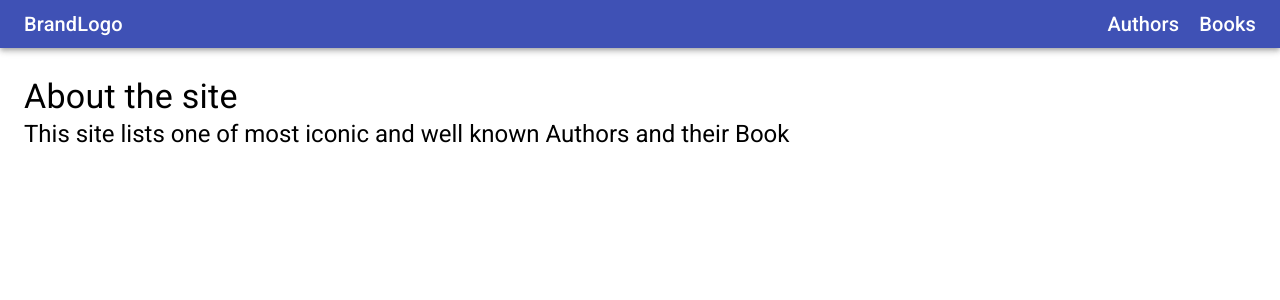
Repository: Sociophuck/00007494
Page: / (app in front/)
An editor plug-in stored every save of this project. The page is shown before and after the next save, followed by the edit.
The browser window is 1280 px wide. The pictures show the whole page.
The project was rebuilt for these pictures with package versions that can differ from the ones it lists, and the page was loaded fresh each time. Also part of the build but not shown: front/src/Author.js, front/src/Book.js, front/src/AuthorDetails.js.

Above is the page before, as saved 2021-04-04 15:38:32.

### front/src/index.css
body {
  margin: 0;
}

.header-links {
  display: flex;
}
.header-links > a {
  margin-left: 20px;
  text-decoration: none;
  color: white;
}
.header-links > a:hover {
  color: lightblue;
}

.link {
  text-decoration: none;
  color: white;
}

a {
  text-decoration: none;
}

.divide {
  margin: 10px 0;
}

### front/src/App.js
import Author from "./Author";
import "./App.css";
import { BrowserRouter as Router, Route, Switch } from "react-router-dom";
import Book from "./Book";
import Home from "./Home";
import NavBar from "./NavBar";
import AuthorDetails from "./AuthorDetails";

function App() {
  return (
    <Router>
      <div className="App">
        <NavBar />
        <div className="mainBody">
          <Switch>
            <Route exact path="/">
              <Home />
            </Route>
            <Route exact path="/authors">
              <Author />
            </Route>
            <Route path="/authors/:id">
              <AuthorDetails />
            </Route>
            <Route path="/books">
              <Book />
            </Route>
          </Switch>
        </div>
      </div>
    </Router>
  );
}

export default App;

### front/src/App.css
.mainBody {
  padding-top: 28px;
}

### front/src/Home.js
import { Container, Typography } from "@material-ui/core";

function Home() {
  return (
    <Container>
      <Typography variant="h4">About the site</Typography>
      <Typography variant="h5">
        This site lists one of most iconic and well known Authors and their Book
      </Typography>
    </Container>
  );
}

export default Home;

### front/src/NavBar.js
import { Link } from "react-router-dom";
import React from "react";
import { makeStyles } from "@material-ui/core/styles";
import AppBar from "@material-ui/core/AppBar";
import Toolbar from "@material-ui/core/Toolbar";
import Typography from "@material-ui/core/Typography";

const useStyles = makeStyles((theme) => ({
  root: {
    flexGrow: 1,
    color: "",
  },
  logo: {
    flexGrow: 1,
  },
}));

function NavBar() {
  const classes = useStyles();

  return (
    <div className={classes.root}>
      <AppBar position="static">
        <Toolbar variant="dense">
          <Typography className={classes.logo} variant="h6">
            <Link to="/" className="link">
              BrandLogo
            </Link>
          </Typography>

          <div className="header-links">
            <Link to="/authors">
              <Typography variant="h6" color="inherit">
                Authors
              </Typography>
            </Link>
            <Link to="/books">
              <Typography variant="h6" color="inherit">
                Books
              </Typography>
            </Link>
          </div>
        </Toolbar>
      </AppBar>
    </div>
  );
}

export default NavBar;

Loaded but not shown: front/public/index.html (common file); front/src/index.js (common file)

After the next save:
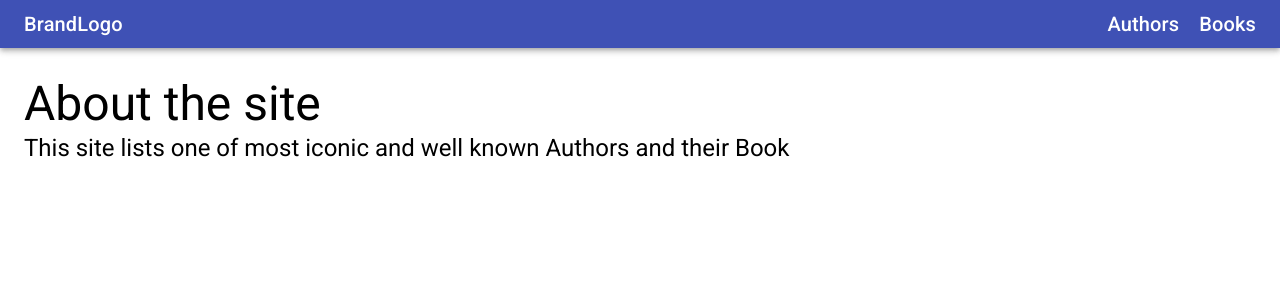
Saved 5 s later.
--- a/front/src/Home.js
+++ b/front/src/Home.js
@@ -3,7 +3,7 @@
 function Home() {
   return (
     <Container>
-      <Typography variant="h4">About the site</Typography>
+      <Typography variant="h3">About the site</Typography>
       <Typography variant="h5">
         This site lists one of most iconic and well known Authors and their Book
       </Typography>

After the save that followed:
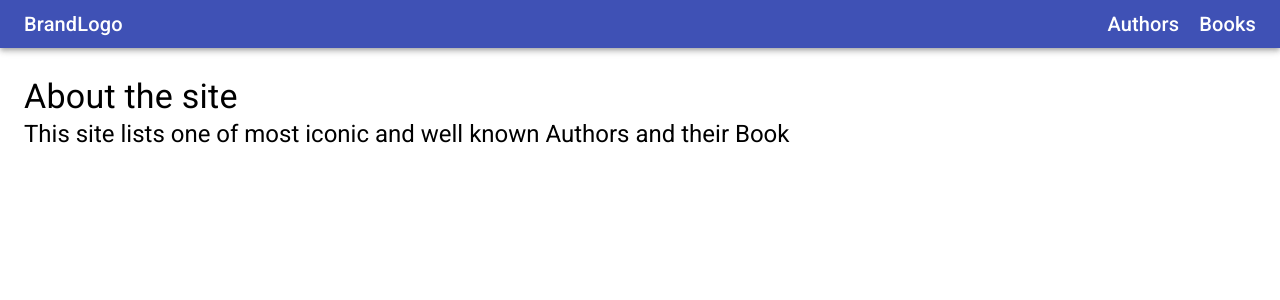
Saved 5 s later.
--- a/front/src/Home.js
+++ b/front/src/Home.js
@@ -3,7 +3,7 @@
 function Home() {
   return (
     <Container>
-      <Typography variant="h3">About the site</Typography>
+      <Typography variant="h4">About the site</Typography>
       <Typography variant="h5">
         This site lists one of most iconic and well known Authors and their Book
       </Typography>
